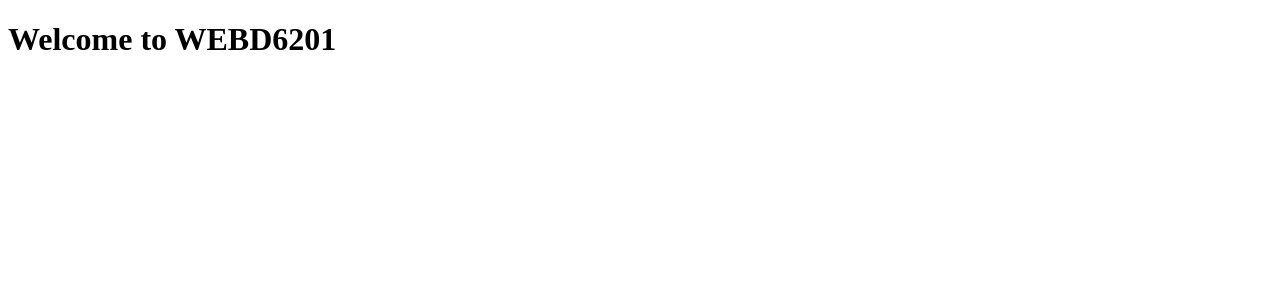
Repository: deividwsantoss/webd6201-W2021-ICE1
Page: Index.html
These files come from the project's save history. The page is drawn as it stood at one moment and after the next save; the edit follows.
The browser window is 1280 px wide. The pictures show the whole page.

Above is the page before, as saved 2021-02-02 09:46:38.

### Index.html
<!DOCTYPE html>
<html lang="en">
<head>
    <meta charset="UTF-8">
    <meta name="viewport" content="width=device-width, initial-scale=1.0">
    <title>WEBD6201 - W2021 - ICE 1</title>
</head>
<!-- CSS SECTION -->
<link rel="stylesheet" href="./Content/app.css">

<body>
    <main class="container">

        <h1>Welcome to WEBD6201 </h1>
    </main>

    <!-- Script Section-->
    <script src="./Scripts/app.js"></script>
</body>
</html>

### Scripts/app.js
/* Custom JavaScript goes here */


// IIFE -
//AKA - Anonymous self-excuting function

(function()
{


    function Start()
    {
        console.log("App Started...")

    }
    window.addEventListener("load", Start);
})();

Loaded but not shown: node_modules/bootstrap/dist/css/bootstrap.min.css (library); Content/app.css (no stored copy; drawn as an empty file)

After the next save:
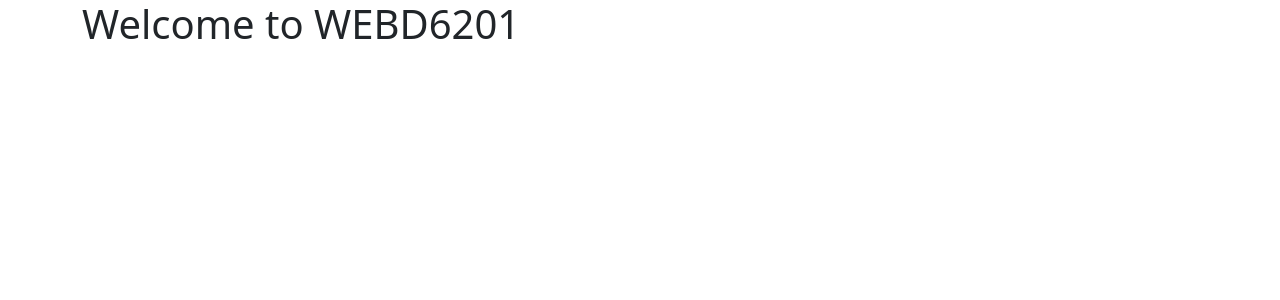
Saved 13 min 34 s later.
--- a/Index.html
+++ b/Index.html
@@ -6,6 +6,7 @@
     <title>WEBD6201 - W2021 - ICE 1</title>
 </head>
 <!-- CSS SECTION -->
+<link rel="stylesheet" href="./node_modules/bootstrap/dist/css/bootstrap.min.css">
 <link rel="stylesheet" href="./Content/app.css">
 
 <body>
